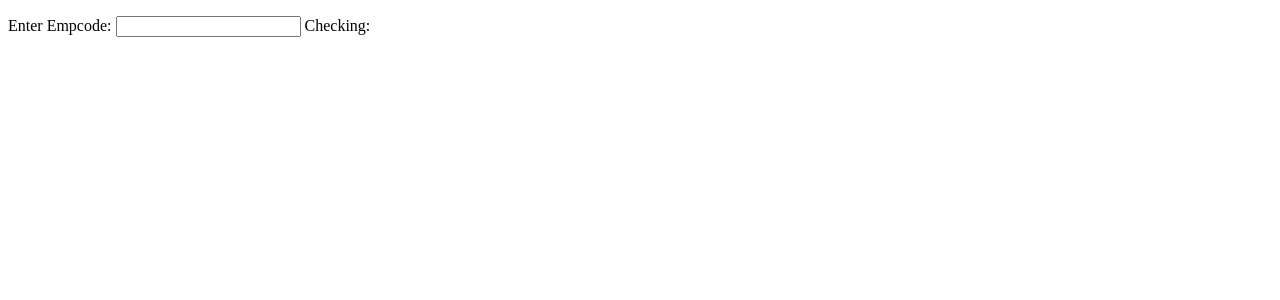
Repository: M-Anusha/Myprojects
Page: http://localhost/day15/AddEmployee.jsp
An editor plug-in stored every save of this project. The page is shown before and after the next save, followed by the edit.
The browser window is 1280 px wide. The pictures show the whole page.
The page is served by Tomcat 9. Other server files are loaded and not shown.

Above is the page before, as saved 2015-08-17 08:40:47.

### day15/WebContent/AddEmployee.jsp
<%@ page language="java" contentType="text/html; charset=ISO-8859-1"
    pageEncoding="ISO-8859-1"%>
<!DOCTYPE html PUBLIC "-//W3C//DTD HTML 4.01 Transitional//EN" "http://www.w3.org/TR/html4/loose.dtd">
<html>
<head>
<meta http-equiv="Content-Type" content="text/html; charset=ISO-8859-1">
<title>Insert title here</title>
</head>
<script type="text/javascript">

	function check(str) {
		var xmlhttp;
		if (str.length == 0) {
			document.getElementById("t").innerHTML = " ";
			return;
		}
		if (window.XMLHttpRequest) //Request obj creation
		{
			xmlhttp = new XMLHttpRequest();
		} else {
			xmlhttp = new ActiveXObject("Microsoft.XMLHTTP");
		}

		xmlhttp.onreadystatechange = function() //Response obj creation
		{
			if (xmlhttp.readyState == 4 && xmlhttp.status == 200) {
				document.getElementById("t").innerHTML = xmlhttp.responseText;

			}
		}
		xmlhttp.open("GET", "getCustomer.jsp?nm=" +str, true);
		xmlhttp.send();
	}
</script>

<body>
<p>
<form action="AddEmployee">
Enter Empcode: <input type="text" name="Empcode" onblur="check(this.value)">
Checking: <span id="t"></span></p>
<!-- Enter Empname: <input type="text" name="Empname">
Enter salary: <input type="text" name="Salary"> -->

</form>
</body>
</html>

After the next save:
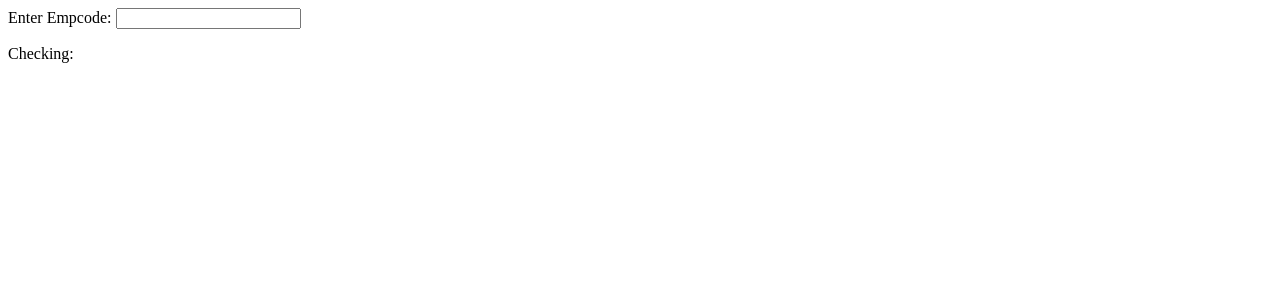
Saved 8 s later.
--- a/day15/WebContent/AddEmployee.jsp
+++ b/day15/WebContent/AddEmployee.jsp
@@ -34,10 +34,10 @@
 </script>
 
 <body>
-<p>
+
 <form action="AddEmployee">
 Enter Empcode: <input type="text" name="Empcode" onblur="check(this.value)">
-Checking: <span id="t"></span></p>
+<p>Checking: <span id="t"></span></p>
 <!-- Enter Empname: <input type="text" name="Empname">
 Enter salary: <input type="text" name="Salary"> -->
 
